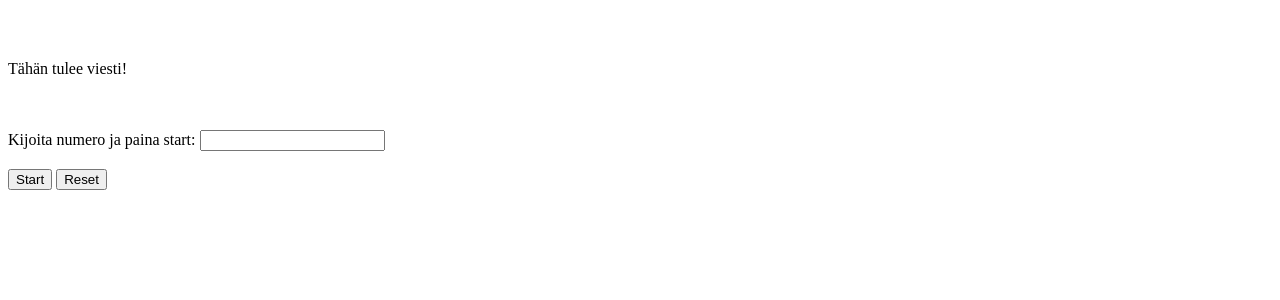
Repository: VadimZubchenko/numeronarvouspeli_JS
Page: public/index.html
These files come from the project's save history. The page is drawn as it stood at one moment and after the next save; the edit follows.
The browser window is 1280 px wide. The pictures show the whole page.

Above is the page before, as saved 2022-04-25 14:31:14.

### public/index.html
<!DOCTYPE html>
<html lang="en">
<head>
  <meta charset="UTF-8">
  <meta http-equiv="X-UA-Compatible" content="IE=edge">
  <meta name="viewport" content="width=device-width, initial-scale=1.0">
  <title>Numeroarvouspeli</title>
  <script src="script.js"></script>
</head>
<body>
  <br><br>
  <p id="message">Tähän tulee viesti!</p>
  <br><br>
  <label for="numero">Kijoita numero ja paina start:</label>
  <input id="numero" name="numero"/>
  <br>
  <br>
  <button id="startGame" onclick="startGame()">Start</button>
  <button id="resetGame" onclick="resetGame()">Reset</button>
</body>
</html>

### public/script.js
let arvo = 0;
var running = 0;

function startGame() {
  let startbutton = document.getElementById("startGame");
  //jos se on jo käynnissä sittten running = true;
  if (running) {
    running = 0;
    arvo = 0;
  } else {
    running = 1;
    let arvo = Math.floor(Math.random() * 100);
    //document.getElementById("message").innerHTML = arvo;
    clientNumero = document.getElementById("numero");
    document.getElementById("numero").innerHTML = clientNumero;
    console.log(arvo);
  }
}

After the next save:
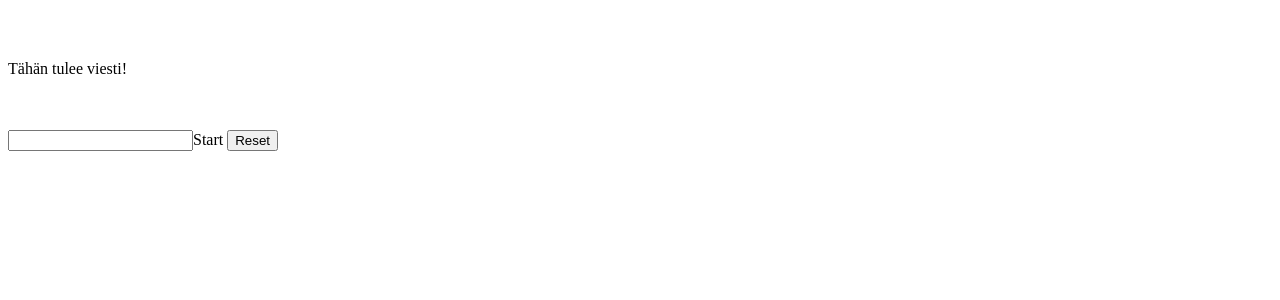
Saved 4 min 22 s later.
--- a/public/index.html
+++ b/public/index.html
@@ -11,8 +11,7 @@
   <br><br>
   <p id="message">Tähän tulee viesti!</p>
   <br><br>
-  <label for="numero">Kijoita numero ja paina start:</label>
-  <input id="numero" name="numero"/>
+  <input type="number" id="numero" name="numero" value="Arva numero!/>
   <br>
   <br>
   <button id="startGame" onclick="startGame()">Start</button>
